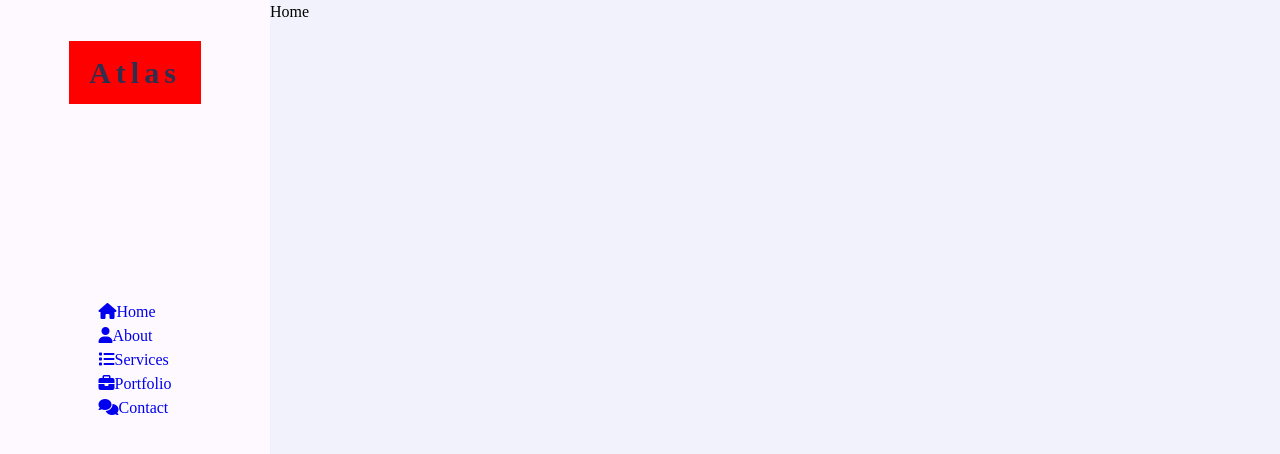
Repository: luanhoang0902/portfolio-ui
Page: index.html
An editor plug-in stored every save of this project. The page is shown before and after the next save, followed by the edit.
The browser window is 1280 px wide. The pictures show the whole page.
Some web fonts or font styles are not loaded; a fallback is used. Some web libraries are served in a nearby version.

Above is the page before, as saved 2022-06-02 14:17:41.

### index.html
<!DOCTYPE html>
<html lang="en">
  <head>
    <meta charset="UTF-8" />
    <meta http-equiv="X-UA-Compatible" content="IE=edge" />
    <meta name="viewport" content="width=device-width, initial-scale=1.0" />
    <title>Document</title>

    <!--  ===== CSS Files ===== -->
    <link rel="stylesheet" href="./css/style.css" />
    <link rel="stylesheet" href="./css/skins/color-1.css" />
    <link
      rel="stylesheet"
      href="https://cdnjs.cloudflare.com/ajax/libs/font-awesome/6.1.1/css/all.min.css"
    />
  </head>
  <body>
    <!--  ===== Main Container Start> ===== -->
    <div class="main-container">
      <!--  ===== Aside Start> ===== -->
      <div class="aside">
        <div class="logo">
          <a href="#"><span>A</span>tlas</a>
        </div>
        <ul class="nav">
          <li><a href="#"><i class="fa fa-home" class = "active"></i>Home</a></li>
          <li><a href="#"><i class="fa fa-user"></i>About</a></li>
          <li><a href="#"><i class="fa fa-list"></i>Services</a></li>
          <li><a href="#"><i class="fa fa-briefcase"></i>Portfolio</a></li>
          <li><a href="#"><i class="fa fa-comments"></i>Contact</a></li>
        </ul>
      </div>
      <!--  ===== Aside End> ===== -->
      <!--  ===== Main Content Start> ===== -->
      <div class="main-content">
        <!--  ===== Home Selection Start> ===== -->
        <section class="home section">Home</section>
        <!--  ===== Home Selection End> ===== -->
      </div>
       <!--  ===== Main Content End> ===== -->
    </div>
    <!--  ===== Main Container End> ===== -->
    <!--  ===== JS Files ===== -->
    <script src="js/script.js"></script>
  </body>
</html>

### css/style.css
/* import font chữ vào */
@import url('https://fonts.googleapis.com/css2?family=Clicker+Script&family=Montserrat:ital,wght@1,100&family=Poppins:ital,wght@0,200;0,300;0,400;0,500;0,700;1,600&display=swap');
/* Khai báo biến */
:root
{
    --bg-black-900: #f2f2fc;
    --bg-black-100: #fdf9ff;
    --bg-balck-50: #e8dfec;

    --text-black-900: #302e4d;
    --text-black-700: #504e70;
}

body
{
    line-height: 1.5;
    font-size: 16px;
    font-family: 'Poopins' sans-serif;
}

*
{
    margin: 0;
    padding: 0;
    outline: none;
    text-decoration: none;
    box-sizing: border-box;
}

::before,::after {
    box-sizing: border-box;
}

ul
{
    list-style: none;
}

.section
{
    background: var(--bg-black-900);
    min-height: 100vh;
    display: block;
    position: fixed;
    left: 270px;
    top: 0;
    right: 0;
    opacity: 1;
}

/* aside */
.aside
{
    position: fixed;
    left: 0;
    top: 0;

    display: flex;
    justify-content: center;
    align-items: center;

    width: 270px;

    background: var(--bg-black-100);

    padding: 30px;
    height: 100%;
    z-index: 10;
}
.aside .logo
{
    position: absolute;
    top: 50px;
    font-size: 30px;
    text-transform: capitalize;
}
.aside .logo a
{
    position: relative;
    color: var(--text-black-900);
    font-weight: 700;
    background: red;

    padding: 15px 20px;
    font-size:30px;
    letter-spacing: 5px;
}
.aside .logo a span
{
    font-family: 'Click Script', cursive;
    font-family: 40px;
}

Loaded but not shown: css/skins/color-1.css (common file); js/script.js (no copy from this time; the picture is the same without it)

After the next save:
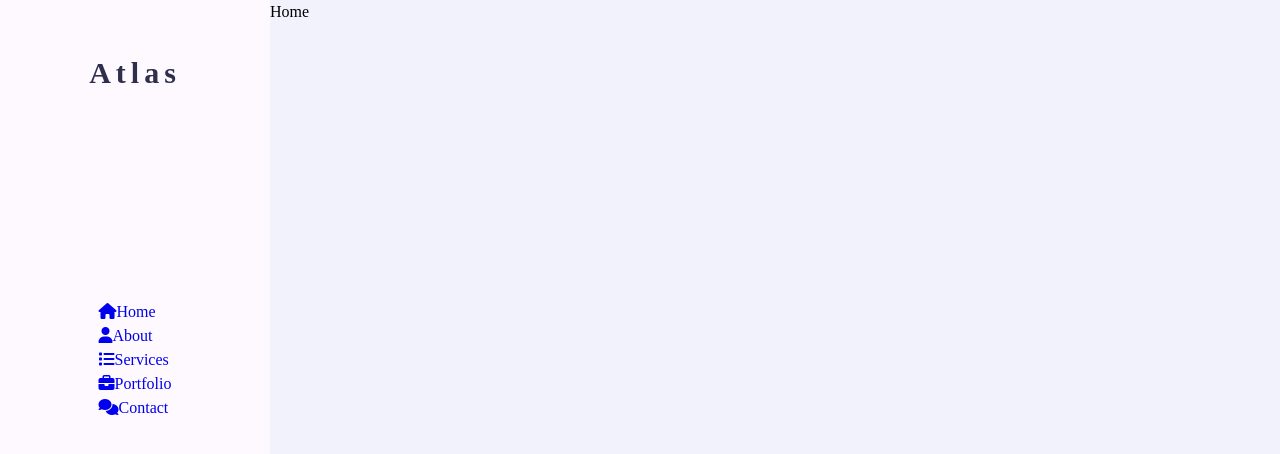
Saved 49 s later.
--- a/css/style.css
+++ b/css/style.css
@@ -79,7 +79,6 @@
     position: relative;
     color: var(--text-black-900);
     font-weight: 700;
-    background: red;
 
     padding: 15px 20px;
     font-size:30px;
@@ -90,3 +89,4 @@
     font-family: 'Click Script', cursive;
     font-family: 40px;
 }
+.aside .logo a::before
